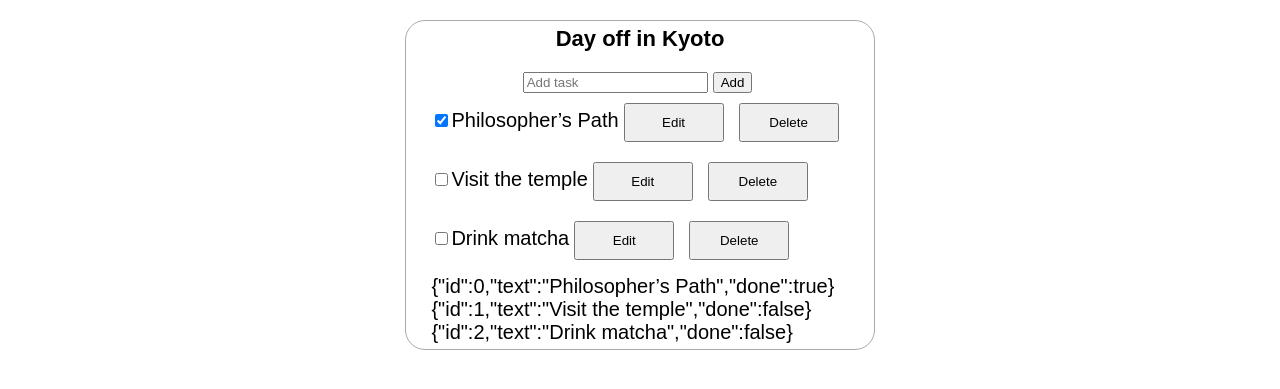
Repository: trider/my-react-app
Page: /
An editor plug-in stored every save of this project. The page is shown before and after the next save, followed by the edit.
The browser window is 1280 px wide. The pictures show the whole page.
The project was rebuilt for these pictures with package versions that can differ from the ones it lists, and the page was loaded fresh each time. Also part of the build but not shown: src/components/basic/Gallery.js, src/components/basic/Profile.js, src/components/utils.js, src/components/basic/Avatar.js, src/components/basic/GridX.js, src/components/time/Clock.js, src/components/time/Time.js, src/components/basic/ListT.js and 64 more. Imported but missing from the stored project, and not drawn on this page: src/components/stateManagement/Accoridion.

Above is the page before, as saved 2024-04-25 16:07:18.

### src/App.js
// import logo from './logo.svg';
import Gallery from './components/basic/Gallery.js';
import Profile from './components/basic/Profile.js';
import Avatar from './components/basic/Avatar.js';
import GridX from './components/basic/GridX.js';
import Time from './components/time/Time.js';
import List from './components/basic/ListT.js';
import ListP from './components/people/people.js';
import Tea from './components/basic/Tea.js';
import MyFancy from './components/fancyText/MyFancy.js';
import Interactive from './components/inveractive/interactive.js';
import State from './components/state/state.js';
import StateManagement from './components/stateManagement/StateManagement.js';

import Card from './components/basic/Card.js';

import './App.css';
import './styles.css';

const props = {
  avatar: {
    size: 100,
    person: {
      name: 'Katsuko Saruhashi',
      imageId: 'YfeOqp2'
    }
  },
  show: {
    default: {
      show:false,
      components:{
        clock: false,
        avatar: false,
        gallery: false,
        grid: false,
        profile: false,
        list: false,
        people: false,
        tea: true,
        fancy: true
      }
    },
    interactive: false,
    state: false,
    stateManagement: true



  }

}

const person = {
  name: 'Gregorio Y. Zara',
  theme: {
    backgroundColor: 'black',
    color: 'pink'
  }
};




let App = () => {
  return (
    <div>

      { props.show.default.show &&
        <div>
          {props.show.default.components.clock && <Card><Time /></Card>}
          {props.show.default.components.profile && <Card><Profile /></Card>}
          {props.show.default.components.grid && <Card><GridX /></Card>}
          {props.show.default.components.person &&
            <Card>
              <div style={person.theme}>
                <h1>{person.name}'s Todos</h1>
                <img
                  className="avatar"
                  src="https://i.imgur.com/7vQD0fPs.jpg"
                  alt="Gregorio Y. Zara"
                />
                <ul>
                  <li>Improve the videophone</li>
                  <li>Prepare aeronautics lectures</li>
                  <li>Work on the alcohol-fuelled engine</li>
                </ul>
              </div>
            </Card>
          }


            {props.show.default.components.avatar &&
              <Card>
                <div className="avatar"><Avatar {...props.avatar} /></div>
              </Card>

            }

            {props.show.default.components.list && <Card><List /></Card>}
            {props.show.default.components.gallery && <Card><Gallery /></Card>}
            {props.show.default.components.people && <Card><ListP /></Card>}
            {props.show.default.components.tea && <Card><Tea /></Card>}
            {props.show.default.components.fancy && <Card><MyFancy /></Card>}



        </div>
      }
      {props.show.interactive && <Interactive />}
      {props.show.state && <State />}
      {props.show.stateManagement && <StateManagement />}



    </div>


  );
}


export default App;

### src/components/stateManagement/StateManagement.js
import Quiz from "./Quiz";
import FeedbackForm from "./FeedBack";
import NameCheck from "./NameCheck";
import Menu from "./Snacks";
import Card from "../basic/Card";
import TravelPlan from "./places/TravelPlan";
import Accordion from "./Accoridion";
import Counter1 from "./Counters/Counters1";
import Counter2 from "./Counters/Counters2";
import Counter3 from "./Counters/Counters3";
import Counter4 from "./Counters/Counters4";
import Scoreboard from "./Counters/Counters5";
import Messenger from "./Contacts/Contacts";
import TaskApp from "./Reducers/TaskApp";
import TaskApp2 from "./Reducers/TaskApp2";
import TaskApp3 from "./Tasks/TaskApp";
import Page from "./Sections/Page";

import './styles.css';
import './Counters/counters.css';
// import './places/places.css';

const props = {
 show: {
  quiz: false,
  feedBack: false,
  nameCheck: false,
  menu: false,
  travelPlan: false,
  accordion:false,
  counter1:false,
  counter2:false,
  counter3:false,
  counter4:false,
  scoreboard:false,
  messenger:false,
  taskApp:false,
  taskApp2:false,
  taskApp3:true,
  page:false


 }
};


const StateManagement = () => {


  return (
    <div>
     {props.show.quiz && <Quiz />}
     {props.show.feedBack && <FeedbackForm />}
     {props.show.nameCheck && <NameCheck />}
     {props.show.menu &&
      <Card>
        <Menu />
      </Card>}
      {props.show.travelPlan && <TravelPlan /> }
      {props.show.accordion &&  <Accordion />}
      {props.show.counter1 && <Counter1 />}
      {props.show.counter2 && <Counter2 />}
      {props.show.counter3 && <Counter3 />}
      {props.show.counter4 && <Counter4 />}
      {props.show.scoreboard && <Scoreboard />}
      {props.show.messenger && <Messenger />}
      {props.show.taskApp && <TaskApp />}
      {props.show.taskApp2 && <TaskApp2 />}
      {props.show.page && <Page />}
      {props.show.taskApp3 &&
        <Card>
          <TaskApp3 />
          </Card>

      }

    </div>
  );
}

export default StateManagement;

### src/components/basic/Card.js
import '../../styles.css';



const Card = ({ children }) => {
 return (
   <div className="card">
     {children}
   </div>
 );
}

export default Card;

### src/styles.css
* {
 box-sizing: border-box;
}

body {
 font-family: sans-serif;
 margin: 20px;
 padding: 0;
}

h1 {
 margin-top: 0;
 font-size: 22px;
}

h2 {
 margin-top: 0;
 font-size: 20px;
}

h3 {
 margin-top: 0;
 font-size: 18px;
}

h4 {
 margin-top: 0;
 font-size: 16px;
}

h5 {
 margin-top: 0;
 font-size: 14px;
}

h6 {
 margin-top: 0;
 font-size: 12px;
}

code {
 font-size: 1.2em;
}

ul {
 padding-inline-start: 20px;
 list-style-type: circle;
}

.card {
 width: fit-content;
 margin: 5px;
 display: block;
 margin-left: auto;
 margin-right: auto;
 padding: 5px;
 font-size: 20px;
 text-align: center;
 border: 1px solid #aaa;
 border-radius: 20px;
 background: #fff;
}
.avatar {
 margin: 20px;
 border-radius: 50%;
}

### src/components/people/people.css
* {
 box-sizing: border-box;
}

body {
 font-family: sans-serif;
 margin: 20px;
 padding: 0;
}

h1 {
 margin-top: 0;
 font-size: 22px;
}

h2 {
 margin-top: 0;
 font-size: 20px;
}

h3 {
 margin-top: 0;
 font-size: 18px;
}

h4 {
 margin-top: 0;
 font-size: 16px;
}

h5 {
 margin-top: 0;
 font-size: 14px;
}

h6 {
 margin-top: 0;
 font-size: 12px;
}

code {
 font-size: 1.2em;
}

ul {
 padding-inline-start: 20px;
}

ul { list-style-type: none; padding: 0px 10px; }
li {
 margin-bottom: 10px;
 display: grid;
 grid-template-columns: auto 1fr;
 gap: 20px;
 align-items: center;
}
img { width: 100px; height: 100px; border-radius: 50%; }

### src/components/fancyText/fancy.css
* {
 box-sizing: border-box;
}

body {
 font-family: sans-serif;
 margin: 20px;
 padding: 0;
}

h1 {
 margin-top: 0;
 font-size: 22px;
}

h2 {
 margin-top: 0;
 font-size: 20px;
}

h3 {
 margin-top: 0;
 font-size: 18px;
}

h4 {
 margin-top: 0;
 font-size: 16px;
}

h5 {
 margin-top: 0;
 font-size: 14px;
}

h6 {
 margin-top: 0;
 font-size: 12px;
}

code {
 font-size: 1.2em;
}

ul {
 padding-inline-start: 20px;
}

.fancy {
 font-family: 'Georgia';
}
.title {
 color: #007AA3;
 text-decoration: underline;
}
.cursive {
 font-style: italic;
}
.small {
 font-size: 10px;
}
.colorbox {
 height: 100px;
 width: 100px;
 margin: 8px;
}

### src/components/inveractive/interactive.css
* {
 box-sizing: border-box;
}

body {
 font-family: sans-serif;
 margin: 20px;
 padding: 0;
}

h1 {
 margin-top: 0;
 font-size: 22px;
}

h2 {
 margin-top: 5px;
 font-size: 20px;
}

h3 {
 margin-top: 0;
 font-size: 18px;
}

h4 {
 margin-top: 0;
 font-size: 16px;
}

h5 {
 margin-top: 0;
 font-size: 14px;
}

h6 {
 margin-top: 0;
 font-size: 12px;
}

code {
 font-size: 1.2em;
}

ul {
 padding-inline-start: 20px;
}

section {
 margin-bottom: 20px;
}

button {
 margin-top: 10px;
 margin-right: 10px;
 margin-bottom: 15px;
}


.Toolbar {
 background: #aaa;
 padding: 5px;
}

### src/components/state/state.css
* {
 box-sizing: border-box;
}

body {
 font-family: sans-serif;
 margin: 20px;
 padding: 0;
}

h1 {
 margin-top: 0;
 font-size: 22px;
}

h2 {
 margin-top: 0;
 font-size: 20px;
}

h3 {
 margin-top: 0;
 font-size: 18px;
}

h4 {
 margin-top: 0;
 font-size: 16px;
}

h5 {
 margin-top: 0;
 font-size: 14px;
}

h6 {
 margin-top: 0;
 font-size: 12px;
}

code {
 font-size: 1.2em;
}

ul {
 padding-inline-start: 20px;
 list-style-type: circle;
}


label, textarea { margin-bottom: 10px; display: block; }

.cardState {
 width:max-content;
 margin: 5px;
 display: block;
 /* margin-left: auto;
 margin-right: auto; */
 padding: 5px;
 font-size: 20px;
 text-align: center;
 border: 1px solid #aaa;
 border-radius: 20px;
 background: #fff;
}

### src/components/stateManagement/Tasks/TaskApp.js
import { useReducer } from 'react';
import AddTask from './AddTask.js';
import TaskList from './TaskList.js';
import './styles.css';

export default function TaskApp3() {
  const [tasks, dispatch] = useReducer(
    tasksReducer,
    initialTasks
  );

  function handleAddTask(text) {
    dispatch({
      type: 'added',
      id: nextId++,
      text: text,
    });
  }

  function handleChangeTask(task) {
    dispatch({
      type: 'changed',
      task: task
    });
  }

  function handleDeleteTask(taskId) {
    dispatch({
      type: 'deleted',
      id: taskId
    });
  }

  function list(tasks) {
    return <ul>
      {tasks.map((task) => (
        <li key={task.id}>
         {JSON.stringify(task)}
        </li>
      ))}
    </ul>
    ;
  }

  return (
    <>
      <h1>Day off in Kyoto</h1>
      <AddTask
        onAddTask={handleAddTask}
      />
      <TaskList
        tasks={tasks}
        onChangeTask={handleChangeTask}
        onDeleteTask={handleDeleteTask}
      />
      {list(tasks)}
    </>
  );
}

function tasksReducer(tasks, action) {
  switch (action.type) {
    case 'added': {
      return [...tasks, {
        id: action.id,
        text: action.text,
        done: false
      }];
    }
    case 'changed': {
      return tasks.map(t => {
        if (t.id === action.task.id) {
          return action.task;
        } else {
          return t;
        }
      });
    }
    case 'deleted': {
      return tasks.filter(t => t.id !== action.id);
    }
    default: {
      throw Error('Unknown action: ' + action.type);
    }
  }
}

let nextId = 3;
const initialTasks = [
  { id: 0, text: 'Philosopher’s Path', done: true },
  { id: 1, text: 'Visit the temple', done: false },
  { id: 2, text: 'Drink matcha', done: false }
];

### src/components/stateManagement/styles.css
* {
 box-sizing: border-box;
}

body {
 font-family: sans-serif;
 margin: 20px;
 padding: 0;
}

h1 {
 margin-top: 0;
 font-size: 22px;
}

h2 {
 margin-top: 0;
 font-size: 20px;
}

h3 {
 margin-top: 0;
 font-size: 18px;
}

h4 {
 margin-top: 0;
 font-size: 16px;
}

h5 {
 margin-top: 0;
 font-size: 14px;
}

h6 {
 margin-top: 0;
 font-size: 12px;
}

code {
 font-size: 1.2em;
}

ul {
 padding-inline-start: 20px;
}

h3, p { margin: 5px 0px; }
.panel {
 padding: 10px;
 border: 1px solid #aaa;
}

### src/components/stateManagement/Counters/counters.css
* {
 box-sizing: border-box;
}

body {
 font-family: sans-serif;
 margin: 20px;
 padding: 0;
}

h1 {
 margin-top: 0;
 font-size: 22px;
}

h2 {
 margin-top: 0;
 font-size: 20px;
}

h3 {
 margin-top: 0;
 font-size: 18px;
}

h4 {
 margin-top: 0;
 font-size: 16px;
}

h5 {
 margin-top: 0;
 font-size: 14px;
}

h6 {
 margin-top: 0;
 font-size: 12px;
}

code {
 font-size: 1.2em;
}

ul {
 padding-inline-start: 20px;
}

label {
 display: block;
 clear: both;
}

.counter {
 width: 100px;
 text-align: center;
 border: 1px solid gray;
 border-radius: 4px;
 padding: 20px;
 margin: 0 20px 20px 0;
 float: left;
}

.hover {
 background: #ffffd8;
}

### src/components/stateManagement/places/places.css
* {
 box-sizing: border-box;
}

body {
 font-family: sans-serif;
 margin: 20px;
 padding: 0;
}

h1 {
 margin-top: 0;
 font-size: 22px;
}

h2 {
 margin-top: 0;
 font-size: 20px;
}

h3 {
 margin-top: 0;
 font-size: 18px;
}

h4 {
 margin-top: 0;
 font-size: 16px;
}

h5 {
 margin-top: 0;
 font-size: 14px;
}

h6 {
 margin-top: 0;
 font-size: 12px;
}

code {
 font-size: 1.2em;
}

ul {
 padding-inline-start: 20px;
 text-align: left;
 /* vertical-align: top; */
}

li {
 margin-bottom: 10px;
 /* vertical-align: top; */
}

### src/components/stateManagement/Contacts/contacts.css
* {
 box-sizing: border-box;
}

body {
 font-family: sans-serif;
 margin: 20px;
 padding: 0;
}

h1 {
 margin-top: 0;
 font-size: 22px;
}

h2 {
 margin-top: 0;
 font-size: 20px;
}

h3 {
 margin-top: 0;
 font-size: 18px;
}

h4 {
 margin-top: 0;
 font-size: 16px;
}

h5 {
 margin-top: 0;
 font-size: 14px;
}

h6 {
 margin-top: 0;
 font-size: 12px;
}

code {
 font-size: 1.2em;
}

ul {
 padding-inline-start: 20px;
}

.chat, .contact-list {
 float: left;
 margin-bottom: 20px;
}
ul, li {
 list-style: none;
 margin: 0;
 padding: 0;
}
li button {
 width: 100px;
 padding: 10px;
 margin-right: 10px;
}
textarea {
 height: 150px;
}

### src/components/stateManagement/Tasks/AddTask.js
import { useState } from 'react';

export default function AddTask({ onAddTask }) {
  const [text, setText] = useState('');
  return (
    <>
      <input
        placeholder="Add task"
        value={text}
        onChange={e => setText(e.target.value)}
      />
      <button onClick={() => {
        setText('');
        onAddTask(text);
      }}>Add</button>
    </>
  )
}

### src/components/stateManagement/Tasks/TaskList.js
import { useState } from 'react';

export default function TaskList({
  tasks,
  onChangeTask,
  onDeleteTask
}) {
  return (
    <ul>
      {tasks.map(task => (
        <li key={task.id}>
          <Task
            task={task}
            onChange={onChangeTask}
            onDelete={onDeleteTask}
          />
        </li>
      ))}
    </ul>
  );
}

function Task({ task, onChange, onDelete }) {
  const [isEditing, setIsEditing] = useState(false);
  let taskContent;
  if (isEditing) {
    taskContent = (
      <>
        <input
          value={task.text}
          onChange={e => {
            onChange({
              ...task,
              text: e.target.value
            });
          }} />
        <button onClick={() => setIsEditing(false)}>
          Save
        </button>
      </>
    );
  } else {
    taskContent = (
      <>
        {task.text}
        <button onClick={() => setIsEditing(true)}>
          Edit
        </button>
      </>
    );
  }
  return (
    <label>
      <input
        type="checkbox"
        checked={task.done}
        onChange={e => {
          onChange({
            ...task,
            done: e.target.checked
          });
        }}
      />
      {taskContent}
      <button onClick={() => onDelete(task.id)}>
        Delete
      </button>
    </label>
  );
}

### src/components/stateManagement/Tasks/styles.css
* {
 box-sizing: border-box;
}

body {
 font-family: sans-serif;
 margin: 20px;
 padding: 0;
}

h1 {
 margin-top: 0;
 font-size: 22px;
}

h2 {
 margin-top: 0;
 font-size: 20px;
}

h3 {
 margin-top: 0;
 font-size: 18px;
}

h4 {
 margin-top: 0;
 font-size: 16px;
}

h5 {
 margin-top: 0;
 font-size: 14px;
}

h6 {
 margin-top: 0;
 font-size: 12px;
}

code {
 font-size: 1.2em;
}

ul {
 padding-inline-start: 20px;
}

button { margin: 5px; }
li { list-style-type: none; }
ul, li { margin: 0; padding: 0; }

### src/components/stateManagement/Sections/styles.css
* {
 box-sizing: border-box;
}

body {
 font-family: sans-serif;
 margin: 20px;
 padding: 0;
}

h1 {
 margin-top: 0;
 font-size: 22px;
}

h2 {
 margin-top: 0;
 font-size: 20px;
}

h3 {
 margin-top: 0;
 font-size: 18px;
}

h4 {
 margin-top: 0;
 font-size: 16px;
}

h5 {
 margin-top: 0;
 font-size: 14px;
}

h6 {
 margin-top: 0;
 font-size: 12px;
}

code {
 font-size: 1.2em;
}

ul {
 padding-inline-start: 20px;
}

.section {
 padding: 10px;
 margin: 5px;
 border-radius: 5px;
 border: 1px solid #aaa;
}

.fancy {
 border: 4px dashed pink;
}

Loaded but not shown: public/index.html (common file); src/index.js (common file); src/index.css (common file); src/reportWebVitals.js (common file)

After the next save:
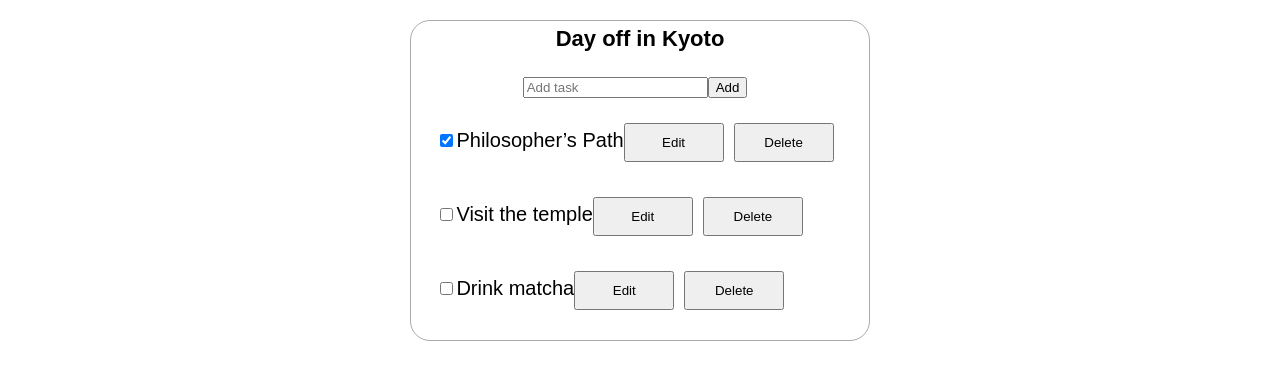
Saved 24 s later.
--- a/src/components/stateManagement/Tasks/TaskApp.js
+++ b/src/components/stateManagement/Tasks/TaskApp.js
@@ -1,9 +1,8 @@
 import { useReducer } from 'react';
 import AddTask from './AddTask.js';
 import TaskList from './TaskList.js';
-import './styles.css';
 
-export default function TaskApp3() {
+export default function TaskApp() {
   const [tasks, dispatch] = useReducer(
     tasksReducer,
     initialTasks
@@ -31,17 +30,6 @@ export default function TaskApp3() {
     });
   }
 
-  function list(tasks) {
-    return <ul>
-      {tasks.map((task) => (
-        <li key={task.id}>
-         {JSON.stringify(task)}
-        </li>
-      ))}
-    </ul>
-    ;
-  }
-
   return (
     <>
       <h1>Day off in Kyoto</h1>
@@ -53,7 +41,6 @@ export default function TaskApp3() {
         onChangeTask={handleChangeTask}
         onDeleteTask={handleDeleteTask}
       />
-      {list(tasks)}
     </>
   );
 }
